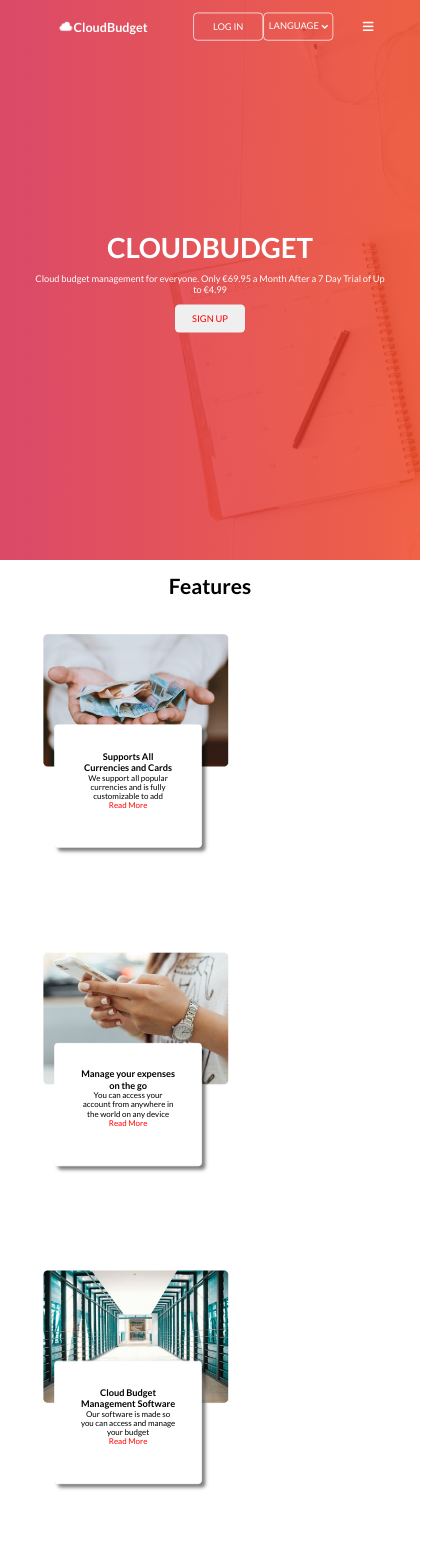
Repository: havvanurrana/website3
Page: index.html
These files come from the project's save history. The page is drawn as it stood at one moment and after the next save; the edit follows.
The browser window is 600 px wide. The page is 618 px wide, so the pictures cover 618 px, including what lies to the right of the window. The pictures show the part of the page from y = 0 to 2240 px (the page is 3036 px tall), at 70% of full size.

Above is the page before, as saved 2024-08-17 14:02:12.

### index.html
<!DOCTYPE html>
<html lang="tr">
  <head>
    <meta charset="UTF-8" />
    <meta name="viewport" content="width=device-width, initial-scale=1.0" />
    <title>CloudBudget</title>
    <link rel="stylesheet" href="style.css" />
    <link
      rel="stylesheet"
      href="https://cdnjs.cloudflare.com/ajax/libs/font-awesome/6.5.2/css/all.min.css"
      integrity="sha512-SnH5WK+bZxgPHs44uWIX+LLJAJ9/2PkPKZ5QiAj6Ta86w+fsb2TkcmfRyVX3pBnMFcV7oQPJkl9QevSCWr3W6A=="
      crossorigin="anonymous"
      referrerpolicy="no-referrer"
    />
    <link
      href="https://fonts.googleapis.com/css2?family=Lato:wght@400;700&display=swap"
      rel="stylesheet"
    />
  </head>
  <body>
    <section class="overview-section">
        <div class="linear-gradient"></div>
        <div class="content">
            <h3>CLOUDBUDGET</h3>
            <p>
                Cloud budget management for everyone. Only €69.95 a Month After a 7
                Day Trial of Up to €4.99
            </p>
            <button>SIGN UP</button>
        </div>
    </section>
    <header class="header-menu">
        <div class="markaamblem">
            <img src="assets/cloud.png" />
            <h3>CloudBudget</h3>
        </div>
        <nav class="navbar">
            <a href="#" class="navbarsect">Overview</a>
            <a href="#" class="navbarsect">Features</a>
            <a href="#" class="navbarsect">Technology</a>
            <a href="#" class="navbarsect">Contact</a>
            <a href="#" class="navbarsect">Sign Up</a>
        </nav>
        <div class="buttons">
            <button>LOG IN</button>
            <button>
                <select id="Language " name="Language">
                    <option value="">LANGUAGE</option>
                    <option value="uk">UK</option>
                    <option value="turk">Turkish</option>
                    <option value="sp">Spanish</option>
                    <option value="fr">French</option>
                </select>
            </button>
            <div id="menu" class="toggle-menu">
                <input type="checkbox" id="switch">
                <button>
                    <label for="switch" class="fas fa-bars"></label>
                </button>

            </div>
        </div>
    </header>

    <!--features kısmı -->
    <div class="featureshead">
        <h1>Features</h1>
    </div>
    <div class="features">
        <div class="featuressection">
            <div class="img">
                <img src="../assets/money.png" />
            </div>
            <div class="featurescard">
                <div>
                    <h1>Supports All Currencies and Cards</h1>
                </div>
                <div>
                    <p>
                        We support all popular currencies and is fully customizable to add
                    </p>
                </div>
                <button>Read More</button>
            </div>
      </div>
      <div class="featuressection">
          <div>
                <div class="img">
                    <img src="../assets/hand.png" />
                </div>
                <div class="featurescard">
                    <h1>Manage your expenses on the go</h1>
                        <p>
                          You can access your account from anywhere in the world on any
                          device
                        </p>
                    <button>Read More</button>
                </div>
            </div>
      </div>
          <div class="featuressection">
              <div>
                    <div class="img">
                        <img src="../assets/building.png" />
                    </div>
                    <div class="featurescard">
                          <h1>Cloud Budget Management Software</h1>
                          <p>Our software is made so you can access and manage your budget</p>
                          <button>Read More</button>
                    </div>
              </div>
          </div>
    </div>
    <!--contact kısmı-->
    <section >
        <div class="contact">
        <div class="contact-text">
            <h1>Contact</h1>
            <br><br>
            <p>
              Questions or concerns? Just fill out the form below and our support
              team will get back to you within 24 hours
            </p>
        </div>
        <div class="input">
            <input
            type="text"
            id="username"
            name="username"
            placeholder="First Name"
            />
            <input
            type="text"
            id="username"
            name="username"
            placeholder="Last Name"
            />
            <input
            type="text"
            id="username"
            name="username"
            placeholder="Phone Number"
            />

            <select id="service" name="service">
            <option value="">Select a service</option>
            <option value="service1">Service 1</option>
            <option value="service2">Service 2</option>
            <option value="service3">Service 3</option>
            <option value="service4">Service 4</option>
            </select>
            <br><br>
            <button>Submit now</button>
        </div>
    </div>
    </section>
    <script>
            document.getElementById('menu').addEventListener('click', function() {
            const navbar = document.querySelector('.header-menu .navbar');
            navbar.classList.toggle('active');
        });
    </script>
  </body>
</html>

### style.css

/* genel*/

*{
   margin:0;
   padding: 0;
   box-sizing: border-box;
   outline: none;
   border: none;
   text-decoration: none;
   font-family: Lato;
}

html {
    font-size: 62.5%;
    overflow-x: hidden;
    scroll-behavior: smooth;
    scroll-padding-top: 9rem ;
 }
h1{
   font-size: 30px;
}
 /* header menu ve  amblem ve ilk ekran cssleri*/
button{
   cursor: pointer;
}
.markaamblem{
   display: flex;
   justify-content:space-between;
   color: white;
   cursor: pointer;
}

.header-menu{
   width: 96%;
   display: flex;
   justify-content: space-between;
   align-items: center ;
   padding: 0 7%;
   margin: 2rem 7%;
   z-index: 3;
   top: 0;
   position:absolute;
}
.header-menu .markaamblem img{
   height: 3rem;
}
.header-menu .markaamblem h3{
   font-size: 20px ;
}
.header-menu .navbar a{
   margin: 0 2rem;
   font-size: 1.6rem;
   color: rgb(0, 0, 0);
   z-index: 2;
}
  .header-menu button{
   border: 1px , solid, rgb(255, 255, 255);
   border-radius: 6px;
   color:rgb(255, 255, 255);
   width: 100px;
   height: 40px;
   gap: 0px;
   background-color: transparent;
}
 .header-menu .buttons{
   padding-left: 10px;
   display: flex;
   justify-content: flex-end;
}
#menu{
   display: none;
}
.overview-section{
   min-height: 100vh;
   display: flex;
   text-align: center;
   align-items: center;
   justify-content: center;
   background:  url(../assets/image1.png)
   no-repeat;
   background-size: cover;
}

.overview-section .content {
   max-width: 60rem;
   margin: 0.5rem;
   z-index: 2;
}

.overview-section .content h3{
   font-size: 6rem;
   margin: 0.5rem;
   color: white;
}

.overview-section .content p{
   font-size: 1.7rem;
   margin: 1.5rem;
   color: white;
}

.overview-section .content button{
   border:1px;
   width: 100px;
   height: 40px;
   border-radius: 6px;
   color: red;
}

.linear-gradient{
   min-height: 100vh;
   width: 100%;
   display: flex;
   z-index: 1;
   background: linear-gradient(90deg, rgba(213, 32, 71, 0.8) 0%, rgba(238, 61, 27, 0.8) 100%);
   position: absolute;
}

.buttons select{
   background: none;
   color: white;
}

/* features kısmı*/

/* başlık*/

.featureshead{
   text-align: center;
   justify-content: center;
   margin: 1rem;
   padding: 1rem;
}

/* Kartlar*/

.features{
   display: grid;
   grid-template-columns: repeat(auto-fit, minmax(30rem, 1fr));
   margin:3rem;
   padding: 0 7%;
}
.featurescard{
   border-radius:0.6rem;
   border: 1px, solid, rgb(255, 255, 255);
   width: 30rem;
   height: 20rem;
   text-align: center;
   justify-content: center;
   align-items: center;
   padding: 4rem;
   margin: 3rem;
   background-color: white;
   transform: translate(-5%,-50%);
   box-shadow: 5px 5px 5px rgba(0, 0, 0,0.5);
}
.featuressection{
   justify-content: center;
   align-items: center;
   margin: 1rem;
   padding: 2.5rem;
}
.features img{
   width: 100%;
   object-fit: cover;
}
.featurescard h1{
   font-size: 2rem;
}
.featurescard p{
   font-size: 1.3rem;
}
.featurescard button{
   border: none;
   background-color: transparent;
   color: red;
}

/*Contact kısmı */

.contact{
   display: flex;
   flex-direction: row;
   margin: 2rem;
   justify-content: center;
}
.contact div{
   text-align: center;
   justify-content:center;
   align-items: center;
   padding: 0 8%;
   margin: 3rem;
}
.contact h1{
   font-size: 30px;
}
.contact p{
   font-size: 16px;
}
 .contact .contact-text{
   width: 30%;
   height: 40rem;
}
input{
   width: 255px;
   height: 60px;
   border: 1px, solid, black;
   border-color: rgb(0, 0, 0);
   border-radius: 6px;
   margin: 1rem;
}
.contact select{
   width: 255px;
   height: 60px;
   border: 1px, solid, black;
   border-color: rgb(0, 0, 0);
   border-radius: 6px;
   margin: 1rem;
}
.contact button{
   width: 100px;
   height: 40px;
   border-radius: 6px;
   color: white;
   background-color: rgb(254, 78, 78);
}
.contact .input{
   width: 40%;
   height: 40rem;
   align-items: center;
   justify-content: center;
   text-align: center;
}

input{
   width: 255px;
   height: 60px;
   border: 1px, solid, black;
   border-color: rgb(0, 0, 0);
   border-radius: 6px;
   margin: 1rem;
}
.contact select{
   width: 255px;
   height: 60px;
   border: 1px, solid, black;
   border-color: rgb(0, 0, 0);
   border-radius: 6px;
}
.contact button{
   width: 100px;
   height: 40px;
   border-radius: 6px;
   color: white;
   background-color: rgb(254, 78, 78);
}


/* Toggle menu ve responsive kısım */
@media (max-width: 1000px) {
   html {
       font-size: 55%;
   }
}

@media (max-width: 1100px) {

   /* header responsive*/
   #menu {
       display: inline-block;
   }

   .header-menu .navbar {
       display: none;
       flex-direction: column;
       position: absolute;
       top: 95%;
       left: 55%;
       background-color: white;
       height: calc(100vh - 9rem);
       width: 25rem;
       right: -100%;
       transition: right 0.3s ease;
       color: black;
       justify-content: center;
       box-shadow: 0px 0px 10px 2px rgba(56, 55, 55, 0.75);
   }

   .header-menu .navbar.active {
       display: flex;
       right: 0;
   }

   .header-menu .navbar a,
      .header-menu .navbar div {
         margin: 5rem ;
      }
   .toggle-menu button {
       background: none;
       border: none;
       color: rgb(255, 255, 255);
       font-size: 2rem;
   }
   #switch {
      display: none;
  }
/* contact responsive*/
   .contact {
      flex-direction: column;
      align-items: center;
   }
   .contact .contact-text,
   .contact .input {
      width: 80%;
      margin: 1rem 0;
   }

   /* features responsive*/
   .featureshead {
      margin: 1rem;
      padding: 1rem;
  }

  .features {
      padding: 0 2rem;
  }

  .featuressection {
      padding: 1rem;
  }

  .features img {
      width: 30rem;
  }
.featurescard{
   width: 24rem;
}
  .featurescard h1 {
      font-size: 1.5rem;
  }

  .featurescard p {
      font-size: 1.3rem;
  }

  .featurescard button {
      font-size: 1.3rem;
  }
}
@media (max-width: 700px) {
.header-menu .markaamblem h3{
   font-size: 18px;
}
.header-menu .markaamblem img{
   height: 2.4rem;

}
.overview-section .content h3{
 font-size: 4.5rem;
}
.overview-section .content p{
   font-size: 1.5rem;
  }
  .header-menu .buttons{
   font-size: 1.2rem;
  }
}
@media (max-width: 350px) {
   .header-menu .markaamblem h3{
      font-size: 22px;
   }
   .header-menu .markaamblem img{
      height: 2.4rem;
   }
   .overview-section .content h3{
      font-size: 20px;
     }
     .overview-section .content p{
      font-size: 1.2rem;
     }
   }

After the next save:
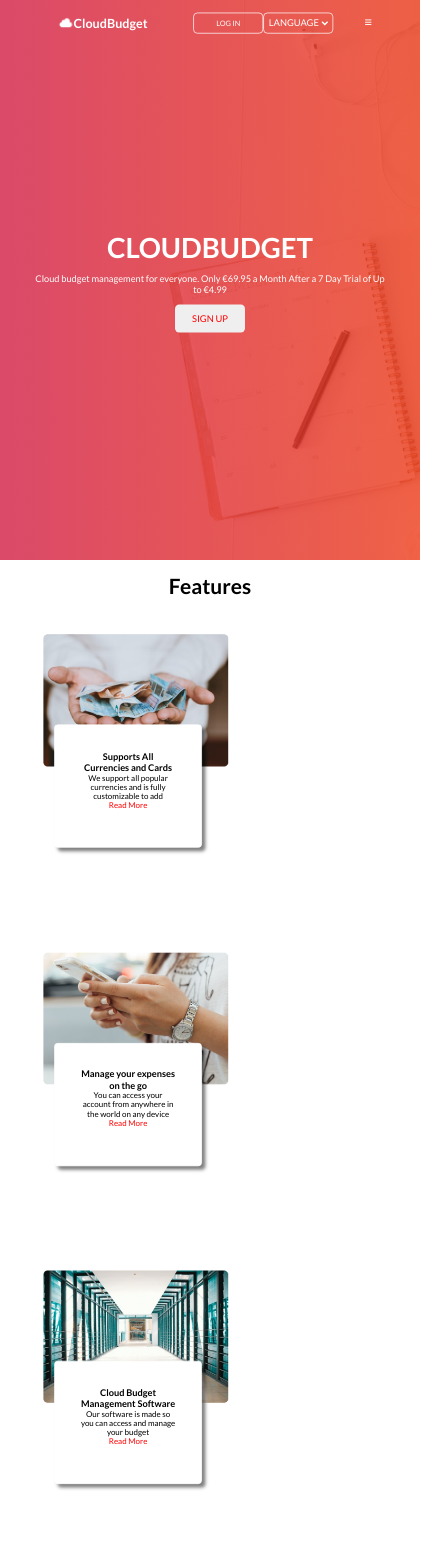
Saved 77 s later.
--- a/style.css
+++ b/style.css
@@ -362,8 +362,10 @@ input{
 .overview-section .content p{
    font-size: 1.5rem;
   }
-  .header-menu .buttons{
+  .header-menu button{
    font-size: 1.2rem;
+   width: 100px;
+   height: 30px;
   }
 }
 @media (max-width: 350px) {
